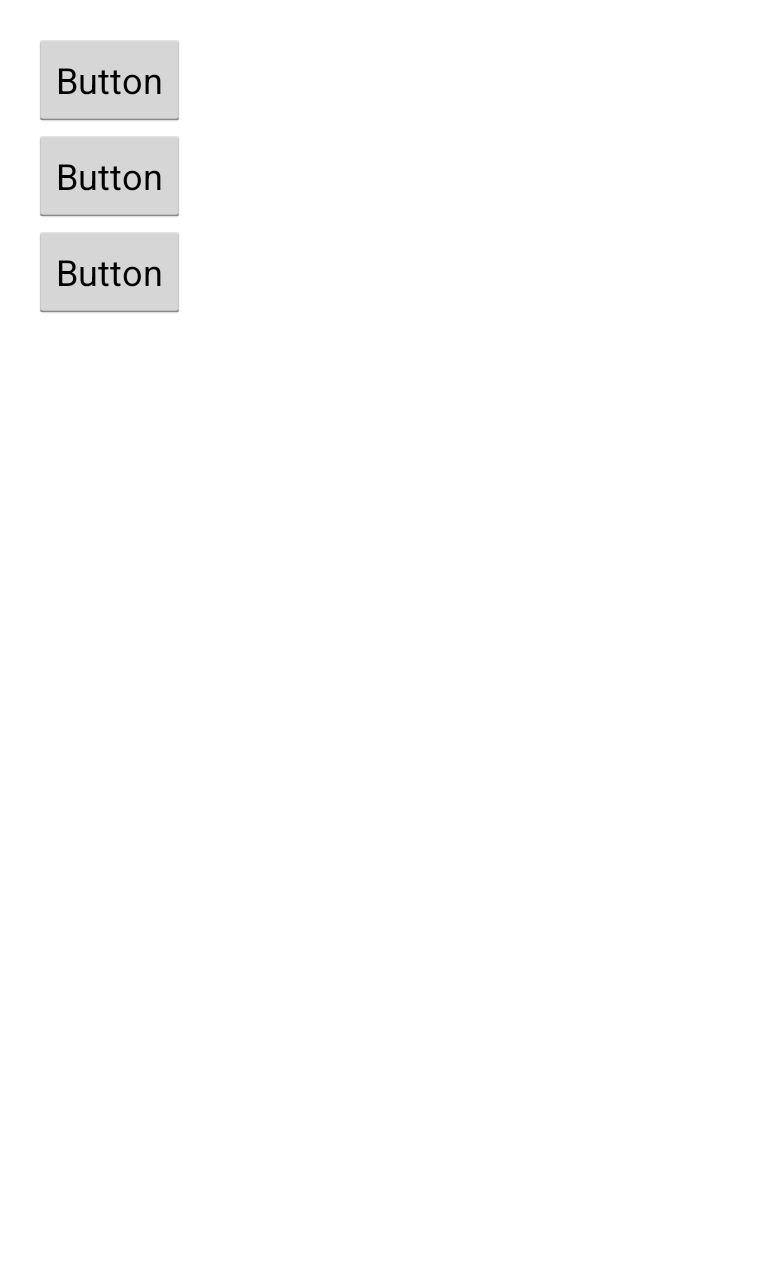
Repository: arjuntheprogrammer/iact
Layout: iact/iact android practice/mywork/FragmantDemo/res/layout/activity_main.xml
An editor plug-in stored every save of this project. The layout is shown before and after the next save, followed by the edit.
It is drawn on a 768 x 1280 px phone screen (xhdpi) without system bars, with theme AppTheme; the app's code is not run.

Above is the layout before, as saved 2016-01-04 07:28:50.

### iact/iact android practice/mywork/FragmantDemo/res/layout/activity_main.xml
<LinearLayout xmlns:android="http://schemas.android.com/apk/res/android"
    xmlns:tools="http://schemas.android.com/tools"
    android:layout_width="match_parent"
    android:layout_height="match_parent"
    android:paddingBottom="@dimen/activity_vertical_margin"
    android:paddingLeft="@dimen/activity_horizontal_margin"
    android:paddingRight="@dimen/activity_horizontal_margin"
    android:paddingTop="@dimen/activity_vertical_margin"
    tools:context=".MainActivity"
	android:id="@+id/linearlayout1"

	>

    <LinearLayout
        android:layout_weight="2"
        android:layout_width="0dp"
        android:layout_height="match_parent"
        android:orientation="vertical" >

        <Button
            android:id="@+id/b1"
            android:layout_width="wrap_content"
            android:layout_height="wrap_content"
            android:text="Button"
            android:onClick="onStartFragment"

            />

        <Button
            android:id="@+id/b2"
            android:layout_width="wrap_content"
            android:layout_height="wrap_content"
            android:text="Button"
            android:onClick="onStartFragment"
             />

        <Button
            android:id="@+id/b3"
            android:layout_width="wrap_content"
            android:layout_height="wrap_content"
            android:text="Button"
            android:onClick="onStartFragment"
            />

    </LinearLayout>

    <LinearLayout

        android:layout_weight="3"
        android:layout_width="wrap_content"
        android:layout_height="match_parent"
        android:orientation="vertical"
        android:id="@+id/place"

        >

    </LinearLayout>

</LinearLayout>

Loaded but not shown: iact/iact android practice/mywork/FragmantDemo/res/values/styles.xml (common file); iact/iact android practice/mywork/FragmantDemo/res/values-v11/styles.xml (common file); iact/iact android practice/mywork/FragmantDemo/res/values-v14/styles.xml (common file); iact/iact android practice/mywork/FragmantDemo/res/values/dimens.xml (common file)

After the next save:
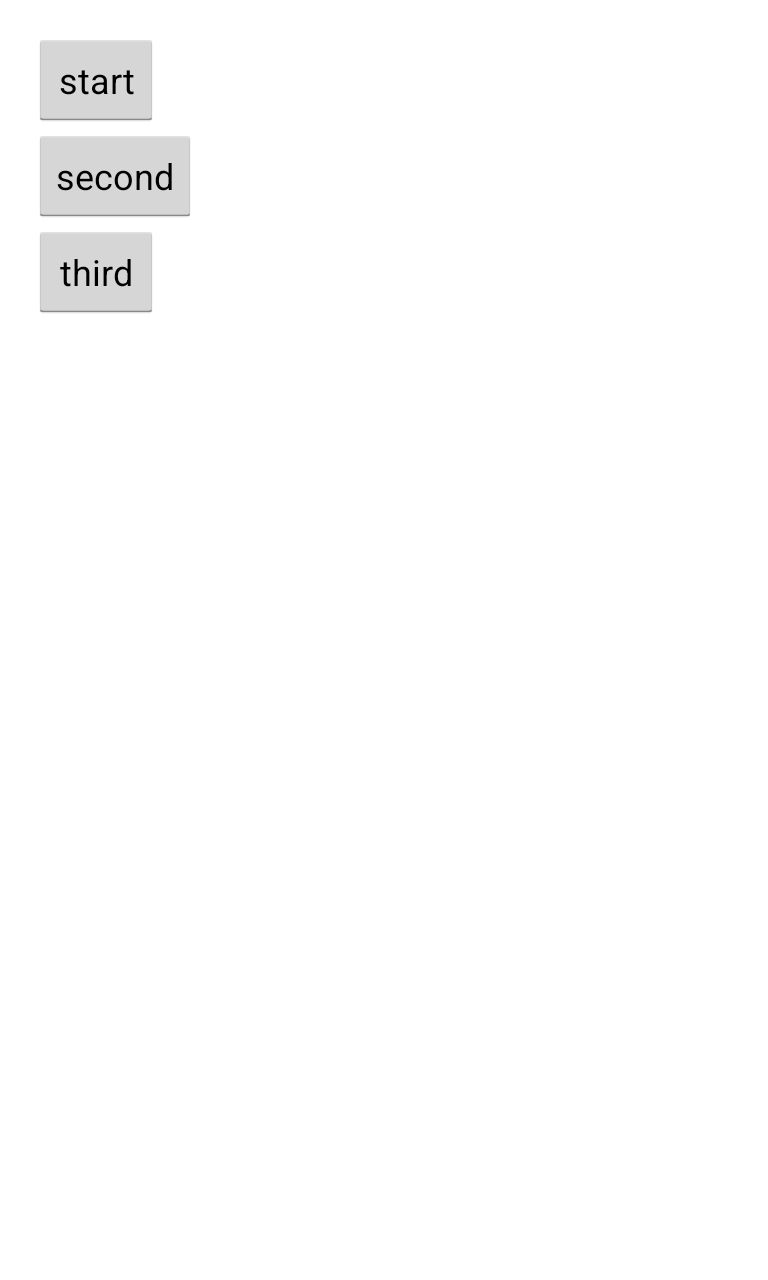
Saved 3 min 53 s later.
--- a/iact/iact android practice/mywork/FragmantDemo/res/layout/activity_main.xml
+++ b/iact/iact android practice/mywork/FragmantDemo/res/layout/activity_main.xml
@@ -21,7 +21,7 @@
             android:id="@+id/b1"
             android:layout_width="wrap_content"
             android:layout_height="wrap_content"
-            android:text="Button"
+            android:text="start"
             android:onClick="onStartFragment"
 
             />
@@ -30,7 +30,7 @@
             android:id="@+id/b2"
             android:layout_width="wrap_content"
             android:layout_height="wrap_content"
-            android:text="Button"
+            android:text="second"
             android:onClick="onStartFragment"
              />
 
@@ -38,7 +38,7 @@
             android:id="@+id/b3"
             android:layout_width="wrap_content"
             android:layout_height="wrap_content"
-            android:text="Button"
+            android:text="third"
             android:onClick="onStartFragment"
             />
 
